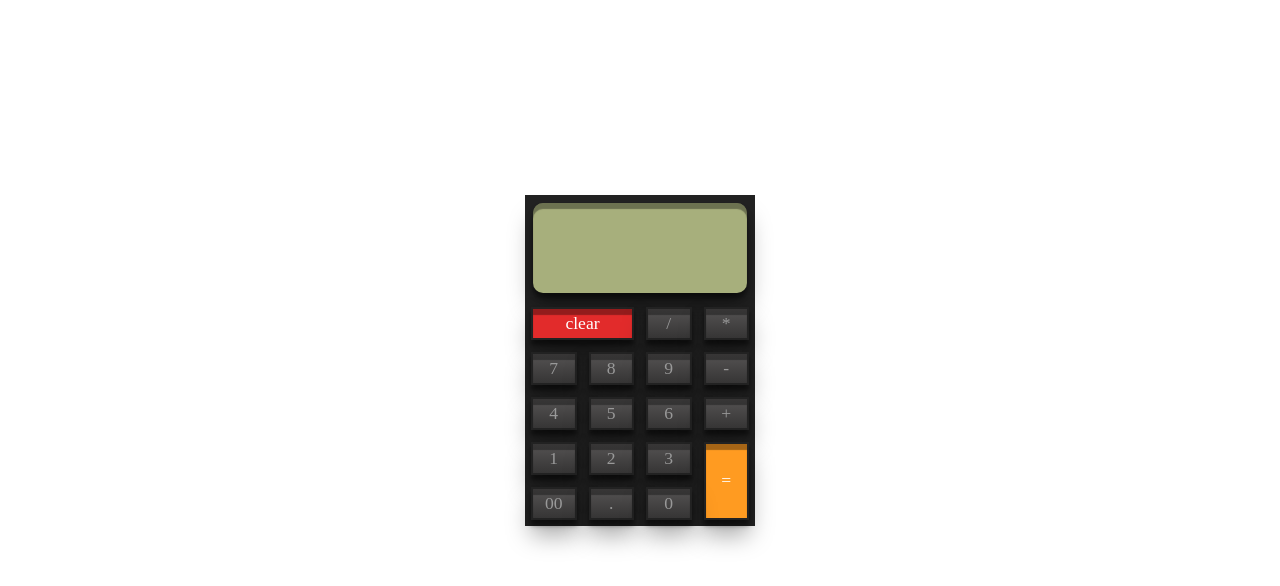
Repository: JunaidAnsari202/calculator
Page: index.html
The author's editor kept a copy of each file at every save. The page is drawn from the files as they stood at one save, then again after the next save.
The browser window is 1280 px wide. The pictures show the whole page.

Above is the page before, as saved 2023-10-28 15:10:19.

After the next save:
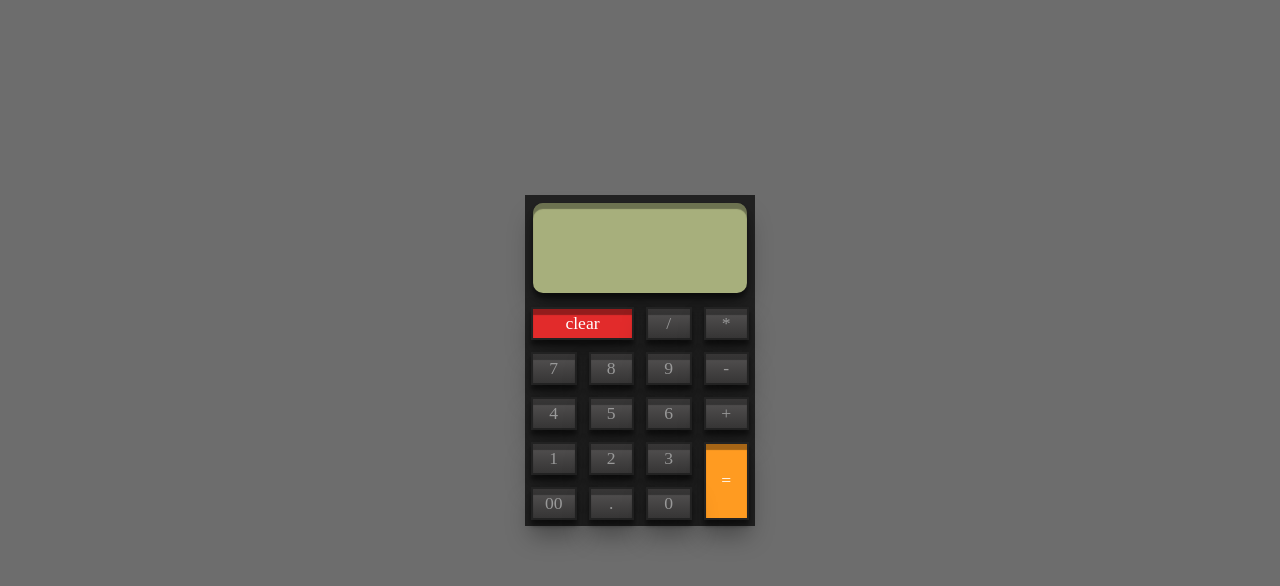
Saved 7 s later.
--- a/style.css
+++ b/style.css
@@ -11,7 +11,7 @@ body{
     align-items: center;
     height: 100vh;
 
-    /* background-color: rgb(109, 109, 109); */
+    background-color: rgb(109, 109, 109);
     /* background-color: #222; */
 }
 .calculator{
